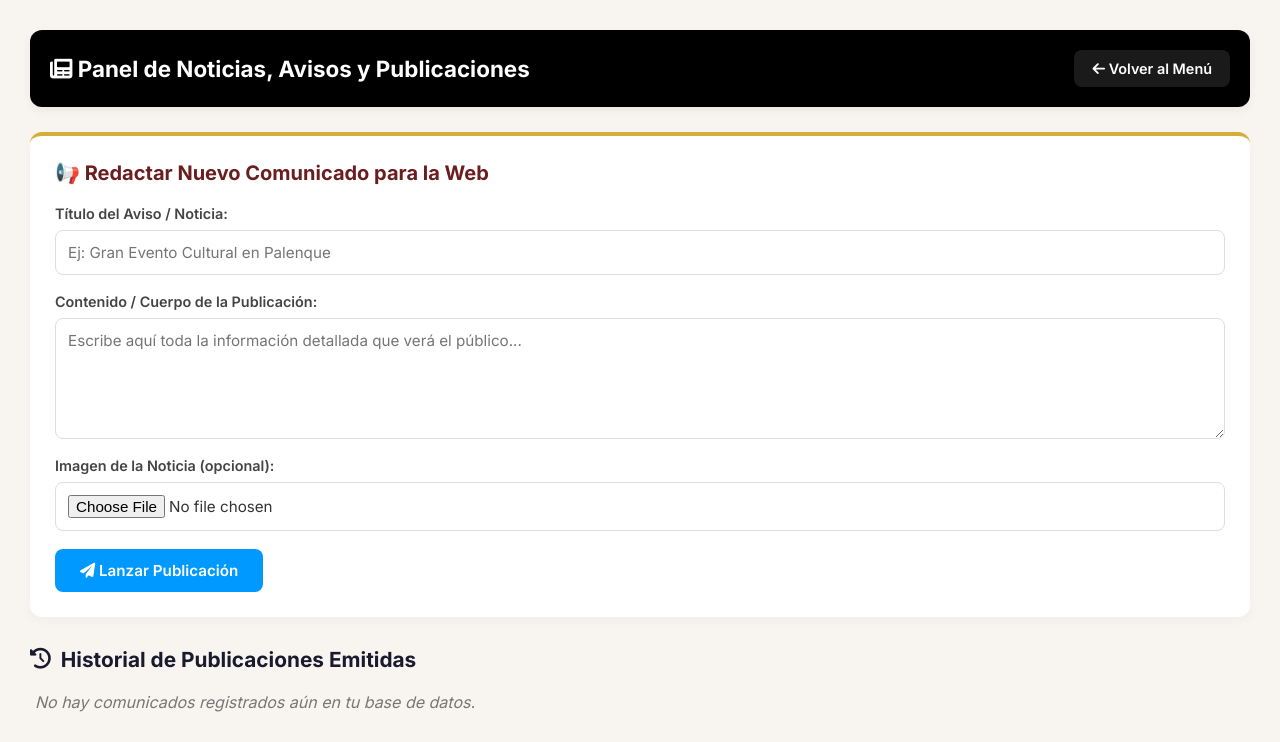
Repository: dalila777-xu/radiopakal1040am
Page: http://localhost/admin_publicaciones.php
The author's editor kept a copy of each file at every save. The page is drawn from the files as they stood at one save, then again after the next save.
The browser window is 1280 px wide. The pictures show the whole page.
The page is run by PHP 8.4 with error messages shown; the project is at /var/www/html/. The session is filled in as if someone had signed in: {"usuario": "testuser", "nombre": "testuser"}. Other server files are loaded and not shown. Queries for data that is not in the repository find no rows.

Above is the page before, as saved 2026-07-07 18:37:55.

### admin_publicaciones.php
<?php
session_start();
if (!isset($_SESSION['usuario'])) {
    header("Location: index.php");
    exit();
}
include("db.php");

$mensaje = "";
$upload_dir = 'uploads/noticias/';
if (!is_dir($upload_dir)) {
    mkdir($upload_dir, 0755, true);
}

// --- ACCIÓN 1: SUBIR NUEVA PUBLICACIÓN ---
if (isset($_POST['agregar_post'])) {
    $titulo = mysqli_real_escape_string($conn, $_POST['titulo']);
    $contenido = mysqli_real_escape_string($conn, $_POST['contenido']);

    // Respaldo por si 'nombre' no está definido en la sesión
    $session_autor = $_SESSION['nombre'] ?? $_SESSION['usuario'] ?? 'Administrador';
    $autor = mysqli_real_escape_string($conn, $session_autor);
    $imagen_path = '';

    if (!empty($titulo) && !empty($contenido)) {
        if (isset($_FILES['imagen']) && $_FILES['imagen']['error'] === UPLOAD_ERR_OK) {
            $tmp_name = $_FILES['imagen']['tmp_name'];
            $original_name = basename($_FILES['imagen']['name']);
            $extension = strtolower(pathinfo($original_name, PATHINFO_EXTENSION));
            $allowed_extensions = ['jpg', 'jpeg', 'png', 'webp', 'gif'];

            if (in_array($extension, $allowed_extensions)) {
                $filename = time() . '_' . bin2hex(random_bytes(5)) . '.' . $extension;
                $destino = $upload_dir . $filename;

                if (move_uploaded_file($tmp_name, $destino)) {
                    if (!empty($imagen_actual) && file_exists($imagen_actual)) {
                        @unlink($imagen_actual);
                    }
                    $imagen_path = mysqli_real_escape_string($conn, $destino);
                } else {
                    $mensaje = "<div class='alert error'>❌ No se pudo subir la imagen.</div>";
                }
            } else {
                $mensaje = "<div class='alert error'>❌ Formato de imagen no admitido. Usa JPG, PNG, WEBP o GIF.</div>";
            }
        }

        if (empty($mensaje)) {
            $query = "INSERT INTO publicaciones (titulo, contenido, autor, imagen, fecha_creacion) VALUES ('$titulo', '$contenido', '$autor', '$imagen_path', NOW())";
            if (mysqli_query($conn, $query)) {
                $mensaje = "<div class='alert success'>✨ Publicación subida con éxito al Index.</div>";
            } else {
                $mensaje = "<div class='alert error'>❌ Error al publicar: " . mysqli_error($conn) . "</div>";
            }
        }
    } else {
        $mensaje = "<div class='alert error'>❌ Completa todos los campos requeridos.</div>";
    }
}

// --- ACCIÓN 2: ELIMINAR PUBLICACIÓN ---
if (isset($_GET['eliminar'])) {
    $id = intval($_GET['eliminar']);
    $res_img = mysqli_query($conn, "SELECT imagen FROM publicaciones WHERE id = $id");
    if ($res_img && mysqli_num_rows($res_img) > 0) {
        $row_img = mysqli_fetch_assoc($res_img);
        if (!empty($row_img['imagen']) && file_exists($row_img['imagen'])) {
            @unlink($row_img['imagen']);
        }
    }

    $query = "DELETE FROM publicaciones WHERE id = $id";
    if (mysqli_query($conn, $query)) {
        $mensaje = "<div class='alert success'>🗑️ Post eliminado correctamente.</div>";
    } else {
        $mensaje = "<div class='alert error'>❌ Error al eliminar el registro.</div>";
    }
}

// --- ACCIÓN 3: ACTUALIZAR PUBLICACIÓN ---
if (isset($_POST['actualizar_post'])) {
    $id = intval($_POST['id']);
    $titulo = mysqli_real_escape_string($conn, $_POST['titulo']);
    $contenido = mysqli_real_escape_string($conn, $_POST['contenido']);
    $imagen_actual = $_POST['imagen_actual'] ?? '';
    $imagen_path = mysqli_real_escape_string($conn, $imagen_actual);

    if (isset($_FILES['imagen']) && $_FILES['imagen']['error'] === UPLOAD_ERR_OK) {
        $tmp_name = $_FILES['imagen']['tmp_name'];
        $original_name = basename($_FILES['imagen']['name']);
        $extension = strtolower(pathinfo($original_name, PATHINFO_EXTENSION));
        $allowed_extensions = ['jpg', 'jpeg', 'png', 'webp', 'gif'];

        if (in_array($extension, $allowed_extensions)) {
            $filename = time() . '_' . bin2hex(random_bytes(5)) . '.' . $extension;
            $destino = $upload_dir . $filename;

            if (move_uploaded_file($tmp_name, $destino)) {
                $imagen_path = mysqli_real_escape_string($conn, $destino);
            } else {
                $mensaje = "<div class='alert error'>❌ No se pudo subir la imagen.</div>";
            }
        } else {
            $mensaje = "<div class='alert error'>❌ Formato de imagen no admitido. Usa JPG, PNG, WEBP o GIF.</div>";
        }
    }

    if (empty($mensaje)) {
        $query = "UPDATE publicaciones SET titulo = '$titulo', contenido = '$contenido'";
        if (!empty($imagen_path)) {
            $query .= ", imagen = '$imagen_path'";
        }
        $query .= " WHERE id = $id";

        if (mysqli_query($conn, $query)) {
            $mensaje = "<div class='alert success'>🔄 Post actualizado correctamente en la web.</div>";
        } else {
            $mensaje = "<div class='alert error'>❌ Error al actualizar.</div>";
        }
    }
}

// --- PASO PREVIO PARA EDITAR ---
$edit_mode = false;
$edit_id = "";
$edit_titulo = "";
$edit_contenido = "";
$edit_imagen = "";

if (isset($_GET['editar'])) {
    $edit_mode = true;
    $id_editar = intval($_GET['editar']);
    $res_edit = mysqli_query($conn, "SELECT * FROM publicaciones WHERE id = $id_editar");
    if ($res_edit && mysqli_num_rows($res_edit) > 0) {
        $row_edit = mysqli_fetch_assoc($res_edit);
        $edit_id = $row_edit['id'];
        $edit_titulo = $row_edit['titulo'];
        $edit_contenido = $row_edit['contenido'];
        $edit_imagen = $row_edit['imagen'] ?? '';
    }
}
?>
<!DOCTYPE html>
<html lang="es">
<head>
    <meta charset="UTF-8">
    <meta name="viewport" content="width=device-width, initial-scale=1.0">
    <title>Administrar Publicaciones | Radio Pakal</title>
    <link href="https://fonts.googleapis.com/css2?family=Inter:wght@400;600;700&display=swap" rel="stylesheet">
    <link rel="stylesheet" href="https://cdnjs.cloudflare.com/ajax/libs/font-awesome/6.0.0-beta3/css/all.min.css">
    <style>
        * { margin: 0; padding: 0; box-sizing: border-box; font-family: 'Inter', sans-serif; }
        body { background: #f8f5f0; padding: 30px; color: #1a1a2e; }

        .header-modulo { background: #000000; color: white; padding: 20px; border-radius: 12px; display: flex; justify-content: space-between; align-items: center; margin-bottom: 25px; box-shadow: 0 4px 10px rgba(0,0,0,0.05); }
        .header-modulo h2 { font-size: 1.4rem; font-weight: 700; }
        .header-modulo a { color: white; text-decoration: none; font-weight: 600; background: rgba(255,255,255,0.1); padding: 10px 18px; border-radius: 8px; transition: background 0.2s; font-size: 0.9rem; }
        .header-modulo a:hover { background: rgba(255,255,255,0.2); }

        .form-container { background: white; padding: 25px; border-radius: 12px; box-shadow: 0 4px 12px rgba(0,0,0,0.03); margin-bottom: 30px; border-top: 4px solid #D4AF37; }
        .form-container h3 { color: #6B1E1F; font-size: 1.25rem; margin-bottom: 20px; }

        .form-group { margin-bottom: 18px; display: flex; flex-direction: column; }
        .form-group label { font-weight: 600; margin-bottom: 8px; font-size: 0.9rem; color: #444; }
        .form-group input, .form-group textarea { padding: 12px; border: 1px solid #ddd; border-radius: 8px; font-size: 0.95rem; outline: none; transition: border-color 0.2s; color: #333; }
        .form-group input:focus, .form-group textarea:focus { border-color: #8B2C2D; }

        .btn-submit { background: #0099FF; color: white; border: none; padding: 12px 25px; border-radius: 8px; font-weight: 600; cursor: pointer; font-size: 0.95rem; display: inline-block; transition: background 0.2s; }
        .btn-submit:hover { background: #0099FF; }
        .btn-update { background: #D4AF37; color: #1a1a2e; }
        .btn-update:hover { background: #bfa032; }
        .btn-cancel { background: #e2e8f0; color: #4a5568; text-decoration: none; padding: 12px 25px; border-radius: 8px; font-weight: 600; font-size: 0.95rem; display: inline-block; margin-left: 10px; transition: background 0.2s; }
        .btn-cancel:hover { background: #cbd5e1; }

        h3.section-title { color: #1a1a2e; font-size: 1.3rem; font-weight: 700; margin-bottom: 20px; display: flex; align-items: center; gap: 10px; }

        .post-item { background: white; padding: 22px; border-radius: 12px; box-shadow: 0 4px 10px rgba(0,0,0,0.02); margin-bottom: 20px; border-left: 5px solid #8B2C2D; position: relative; }
        .post-item h4 { margin-bottom: 6px; color: #6B1E1F; font-size: 1.25rem; font-weight: 700; }
        .post-item small { color: #718096; display: block; margin-bottom: 12px; font-size: 0.85rem; }
        .post-item p { color: #4a5568; line-height: 1.6; font-size: 0.95rem; white-space: pre-line; }

        .post-actions { margin-top: 20px; text-align: right; }
        .post-actions a { text-decoration: none; padding: 8px 16px; border-radius: 6px; font-size: 0.85rem; font-weight: 600; margin-left: 10px; display: inline-block; transition: opacity 0.2s; }
        .post-actions a:hover { opacity: 0.9; }
        .btn-edit { background: #16a34a; color: #ffffff; }
        .btn-delete { background: #dc2626; color: #ffffff; }

        .alert { padding: 15px; border-radius: 8px; margin-bottom: 22px; font-weight: 600; font-size: 0.95rem; }
        .success { background: #c6f6d5; color: #22543d; border: 1px solid #9ae6b4; }
        .error { background: #fed7d7; color: #742a2a; border: 1px solid #feb2b2; }
    </style>
</head>
<body>

    <div class="header-modulo">
        <h2><i class="fas fa-newspaper"></i> Panel de Noticias, Avisos y Publicaciones</h2>
        <a href="admin.php"><i class="fas fa-arrow-left"></i> Volver al Menú</a>
    </div>

    <?php echo $mensaje; ?>

    <div class="form-container">
        <h3><?php echo $edit_mode ? "📝 Editar Publicación Actual" : "📢 Redactar Nuevo Comunicado para la Web"; ?></h3>

        <form action="admin_publicaciones.php" method="POST" enctype="multipart/form-data">
            <?php if ($edit_mode): ?>
                <input type="hidden" name="id" value="<?php echo $edit_id; ?>">
            <?php endif; ?>

            <div class="form-group">
                <label>Título del Aviso / Noticia:</label>
                <input type="text" name="titulo" placeholder="Ej: Gran Evento Cultural en Palenque" required value="<?php echo htmlspecialchars($edit_titulo); ?>">
            </div>

            <div class="form-group">
                <label>Contenido / Cuerpo de la Publicación:</label>
                <textarea name="contenido" rows="5" placeholder="Escribe aquí toda la información detallada que verá el público..." required><?php echo htmlspecialchars($edit_contenido); ?></textarea>
            </div>

            <div class="form-group">
                <label>Imagen de la Noticia (opcional):</label>
                <?php if ($edit_mode && !empty($edit_imagen)): ?>
                    <div style="margin-bottom:12px;">
                        <img src="<?php echo htmlspecialchars($edit_imagen); ?>" alt="Imagen actual" style="max-width:100%; border-radius:8px; display:block;">
                    </div>
                <?php endif; ?>
                <input type="file" name="imagen" accept=".jpg,.jpeg,.png,.webp,.gif">
                <?php if ($edit_mode): ?>
                    <input type="hidden" name="imagen_actual" value="<?php echo htmlspecialchars($edit_imagen); ?>">
                <?php endif; ?>
            </div>

            <div>
                <?php if ($edit_mode): ?>
                    <button type="submit" name="actualizar_post" class="btn-submit btn-update"><i class="fas fa-save"></i> Guardar Cambios</button>
                    <a href="admin_publicaciones.php" class="btn-cancel">Cancelar Edición</a>
                <?php else: ?>
                    <button type="submit" name="agregar_post" class="btn-submit"><i class="fas fa-paper-plane"></i> Lanzar Publicación</button>
                <?php endif; ?>
            </div>
        </form>
    </div>

    <h3 class="section-title"><i class="fas fa-history"></i> Historial de Publicaciones Emitidas</h3>

    <div class="posts-list">
        <?php
        $res = mysqli_query($conn, "SELECT * FROM publicaciones ORDER BY id DESC");
        if ($res && mysqli_num_rows($res) > 0) {
            while ($row = mysqli_fetch_assoc($res)) {
                // Validación para la fecha en caso de que no tenga valor predeterminado válido en la base de datos
                $fecha_formateada = (!empty($row['fecha_creacion'])) ? date('d/m/Y H:i', strtotime($row['fecha_creacion'])) : 'Reciente';

                echo "<div class='post-item'>";
                if (!empty($row['imagen'])) {
                    // Ajuste de tamaño: altura fija para uniformidad (puedes cambiar 300px a la medida deseada)
                    echo "<div style='max-height:1000px; overflow:hidden; margin-bottom:16px; border-radius:12px;'>";
                    echo "<img src='" . htmlspecialchars($row['imagen']) . "' alt='Imagen de noticia' style='width:100%; height:300px; display:block; object-fit:cover;'>";
                    echo "</div>";
                }
                echo "<h4>" . htmlspecialchars($row['titulo']) . "</h4>";
                echo "<small><i class='far fa-calendar-alt'></i> " . $fecha_formateada . " | <i class='far fa-user'></i> Autor: " . htmlspecialchars($row['autor']) . "</small>";
                echo "<p>" . htmlspecialchars($row['contenido']) . "</p>";
                echo "<div class='post-actions'>";
                echo "<a href='admin_publicaciones.php?editar=" . $row['id'] . "' class='btn-edit'><i class='fas fa-edit'></i> Editar</a>";
                echo "<a href='admin_publicaciones.php?eliminar=" . $row['id'] . "' class='btn-delete' onclick='return confirm(\"¿Deseas eliminar permanentemente esta publicación del index?\");'><i class='fas fa-trash-alt'></i> Eliminar</a>";
                echo "</div>";
                echo "</div>";
            }
        } else {
            echo "<p style='color:#777; font-style:italic; padding-left: 5px;'>No hay comunicados registrados aún en tu base de datos.</p>";
        }
        ?>
    </div>

</body>
</html>

### db.php
<?php
$servername = "localhost";
$username = "root";   // usuario por defecto en XAMPP
$password = "12345678";       // normalmente vacío
$database = "radio_pakal"; // tu base de datos

$conn = mysqli_connect($servername, $username, $password, $database);

if (!$conn) {
    die("Error de conexión: " . mysqli_connect_error());
}
?>

After the next save:
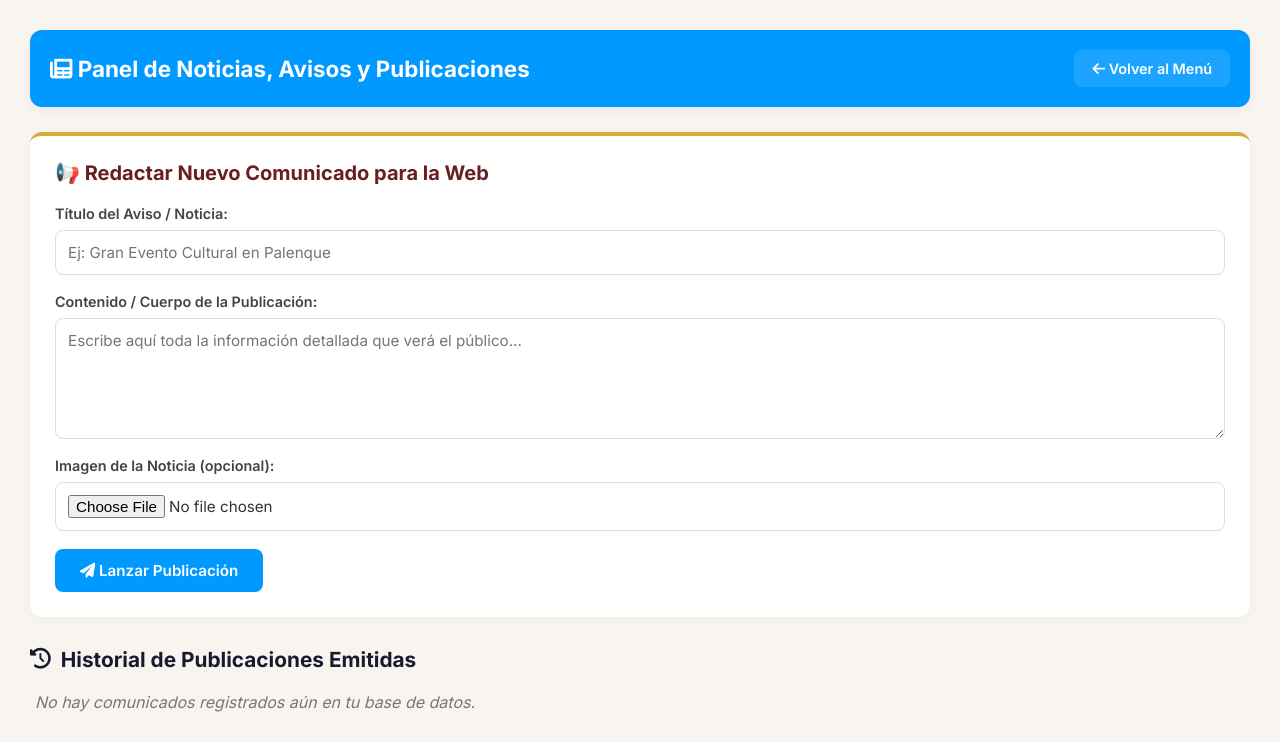
Saved 32 min 39 s later.
--- a/admin_publicaciones.php
+++ b/admin_publicaciones.php
@@ -153,7 +153,7 @@
         * { margin: 0; padding: 0; box-sizing: border-box; font-family: 'Inter', sans-serif; }
         body { background: #f8f5f0; padding: 30px; color: #1a1a2e; }
 
-        .header-modulo { background: #000000; color: white; padding: 20px; border-radius: 12px; display: flex; justify-content: space-between; align-items: center; margin-bottom: 25px; box-shadow: 0 4px 10px rgba(0,0,0,0.05); }
+        .header-modulo { background: #0099FF; color: white; padding: 20px; border-radius: 12px; display: flex; justify-content: space-between; align-items: center; margin-bottom: 25px; box-shadow: 0 4px 10px rgba(0,0,0,0.05); }
         .header-modulo h2 { font-size: 1.4rem; font-weight: 700; }
         .header-modulo a { color: white; text-decoration: none; font-weight: 600; background: rgba(255,255,255,0.1); padding: 10px 18px; border-radius: 8px; transition: background 0.2s; font-size: 0.9rem; }
         .header-modulo a:hover { background: rgba(255,255,255,0.2); }

After the save that followed:
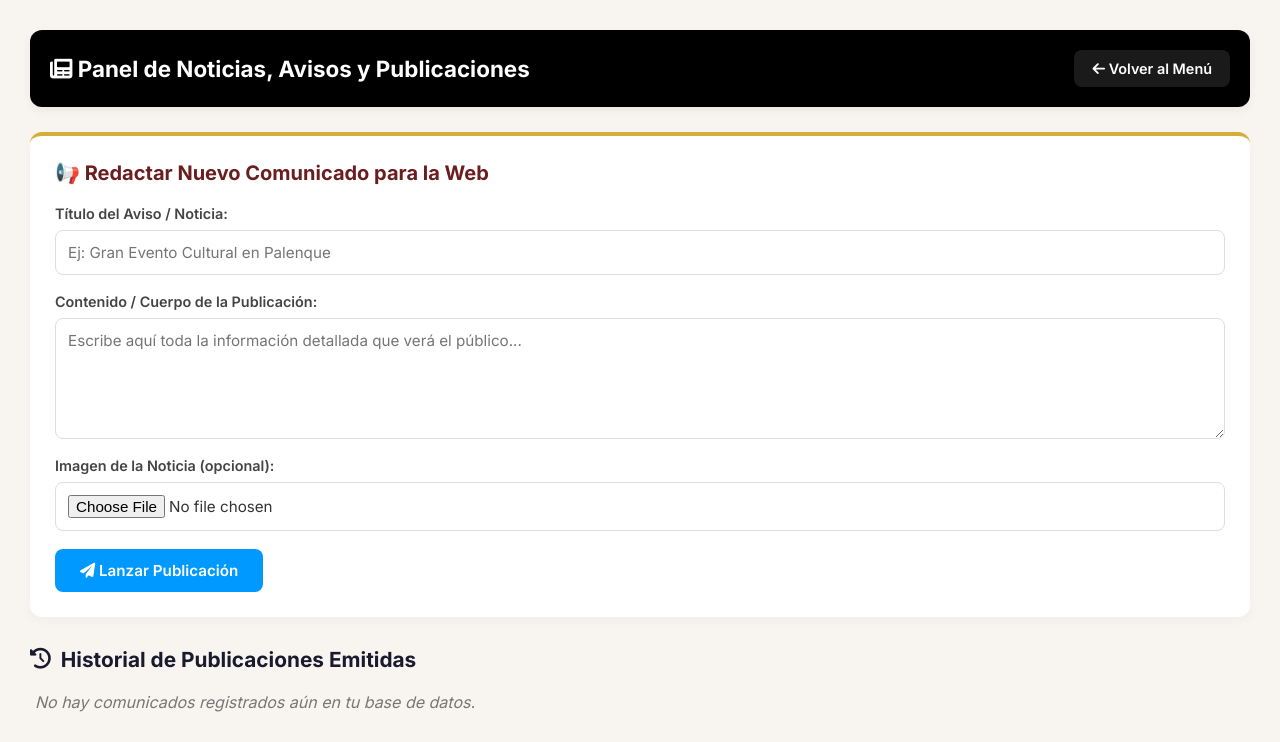
Saved 6 s later.
--- a/admin_publicaciones.php
+++ b/admin_publicaciones.php
@@ -153,7 +153,7 @@
         * { margin: 0; padding: 0; box-sizing: border-box; font-family: 'Inter', sans-serif; }
         body { background: #f8f5f0; padding: 30px; color: #1a1a2e; }
 
-        .header-modulo { background: #0099FF; color: white; padding: 20px; border-radius: 12px; display: flex; justify-content: space-between; align-items: center; margin-bottom: 25px; box-shadow: 0 4px 10px rgba(0,0,0,0.05); }
+        .header-modulo { background: #000000; color: white; padding: 20px; border-radius: 12px; display: flex; justify-content: space-between; align-items: center; margin-bottom: 25px; box-shadow: 0 4px 10px rgba(0,0,0,0.05); }
         .header-modulo h2 { font-size: 1.4rem; font-weight: 700; }
         .header-modulo a { color: white; text-decoration: none; font-weight: 600; background: rgba(255,255,255,0.1); padding: 10px 18px; border-radius: 8px; transition: background 0.2s; font-size: 0.9rem; }
         .header-modulo a:hover { background: rgba(255,255,255,0.2); }
